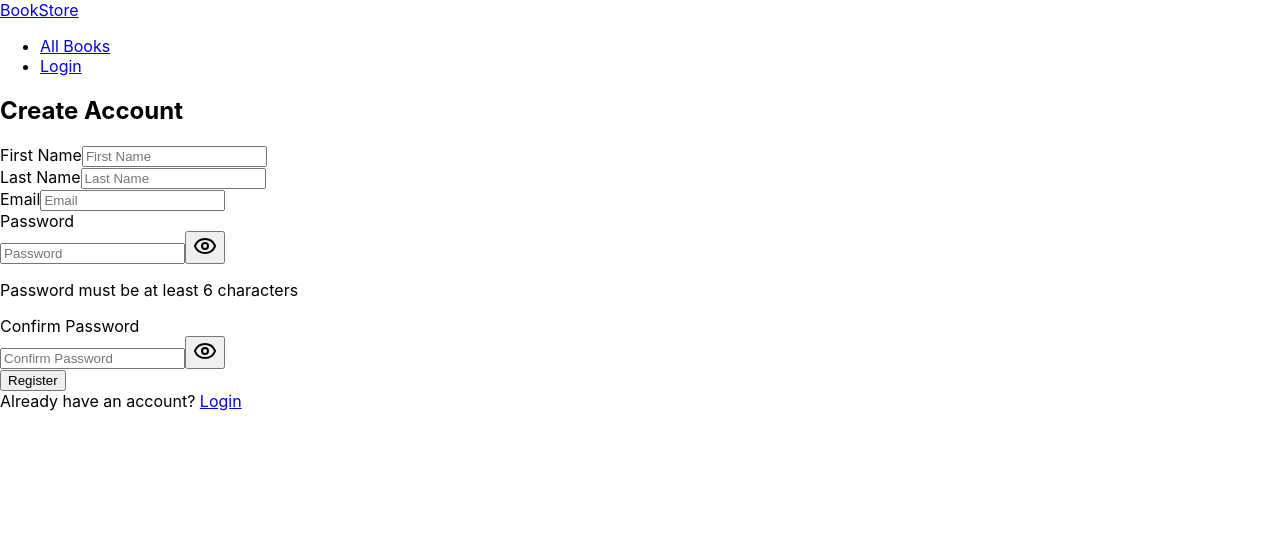
Repository: DiwasGurung/C-PokheraliDevelopers
Page: /register (app in pokherali-developers/)
These files come from the project's save history. The page is drawn as it stood at one moment and after the next save; the edit follows.
The browser window is 1280 px wide. The pictures show the whole page.
The project was rebuilt for these pictures with package versions that can differ from the ones it lists, and the page was loaded fresh each time. Also part of the build but not shown: pokherali-developers/src/components/Cart.js, pokherali-developers/src/components/MemberDashboard.js, pokherali-developers/src/components/AddBook.js, pokherali-developers/src/components/AdminDashboard.js, pokherali-developers/src/components/Filter.js, pokherali-developers/src/components/BookCatalog.js, pokherali-developers/src/pages/HomePage.js, pokherali-developers/src/components/Login.js and 3 more.

Above is the page before, as saved 2025-05-13 17:38:24.

After the next save:
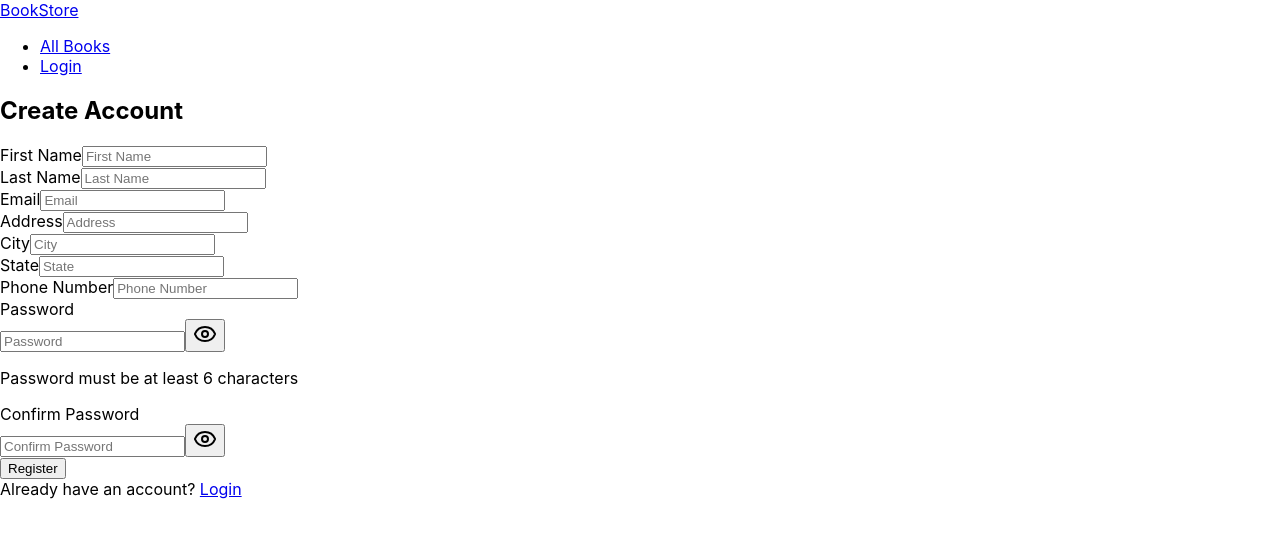
Saved 2 min 12 s later.
--- a/pokherali-developers/src/components/Register.js
+++ b/pokherali-developers/src/components/Register.js
@@ -1,17 +1,23 @@
-
-
-import { useState } from "react"
+import { useState, useContext } from "react"
 import { useNavigate } from "react-router-dom"
 import { Eye, EyeOff } from "lucide-react"
 import axios from "axios"
+import { UserContext } from "../contexts/UserContext" // Import UserContext
 
 const Register = () => {
+  const userContext = useContext(UserContext)
+  const setUser = userContext?.setUser // Optional chaining to handle null context
+
   const [formData, setFormData] = useState({
     firstName: "",
     lastName: "",
     email: "",
     password: "",
     confirmPassword: "",
+    address: "", // Added missing fields from the backend DTO
+    city: "",
+    state: "",
+    phoneNumber: ""
   })
   const [error, setError] = useState("")
   const [showPassword, setShowPassword] = useState(false)
@@ -38,12 +44,46 @@ const Register = () => {
       return
     }
 
+    // Create a copy of formData without confirmPassword for the API request
+    const registerData = { ...formData }
+    delete registerData.confirmPassword
+
     setLoading(true)
     try {
-      await axios.post("https://localhost:7126/api/Auth/register", formData)
-      navigate("/login") // Redirect to login page after successful registration
+      const response = await axios.post("https://localhost:7126/api/Auth/register", registerData)
+
+      // Store user in localStorage and context if available
+      if (response.data && response.data.userId) {
+        const userData = {
+          id: response.data.userId,
+          email: response.data.email,
+          firstName: formData.firstName,
+          lastName: formData.lastName
+        }
+
+        localStorage.setItem('user', JSON.stringify(userData))
+        if (setUser) {
+          setUser(userData)
+        }
+      }
+
+      navigate("/") // Redirect to home page after successful registration
     } catch (err) {
-      setError("Registration failed. Please try again.")
+      console.error("Registration error:", err)
+      if (err.response && err.response.data) {
+        // Handle structured error messages from the backend
+        if (typeof err.response.data === 'string') {
+          setError(err.response.data)
+        } else if (err.response.data.errors) {
+          // Handle validation errors
+          const errorMessages = Object.values(err.response.data.errors).flat()
+          setError(errorMessages.join(", "))
+        } else {
+          setError("Registration failed. Please try again.")
+        }
+      } else {
+        setError("Registration failed. Please try again.")
+      }
     } finally {
       setLoading(false)
     }
@@ -106,6 +146,69 @@ const Register = () => {
           />
         </div>
 
+        {/* Added missing fields that are in the backend DTO */}
+        <div className="mb-4">
+          <label className="block text-gray-700 text-sm font-bold mb-2" htmlFor="address">
+            Address
+          </label>
+          <input
+            className="shadow appearance-none border rounded w-full py-2 px-3 text-gray-700 leading-tight focus:outline-none focus:shadow-outline"
+            id="address"
+            type="text"
+            name="address"
+            placeholder="Address"
+            value={formData.address}
+            onChange={handleChange}
+          />
+        </div>
+
+        <div className="grid grid-cols-2 gap-4 mb-4">
+          <div>
+            <label className="block text-gray-700 text-sm font-bold mb-2" htmlFor="city">
+              City
+            </label>
+            <input
+              className="shadow appearance-none border rounded w-full py-2 px-3 text-gray-700 leading-tight focus:outline-none focus:shadow-outline"
+              id="city"
+              type="text"
+              name="city"
+              placeholder="City"
+              value={formData.city}
+              onChange={handleChange}
+            />
+          </div>
+
+          <div>
+            <label className="block text-gray-700 text-sm font-bold mb-2" htmlFor="state">
+              State
+            </label>
+            <input
+              className="shadow appearance-none border rounded w-full py-2 px-3 text-gray-700 leading-tight focus:outline-none focus:shadow-outline"
+              id="state"
+              type="text"
+              name="state"
+              placeholder="State"
+              value={formData.state}
+              onChange={handleChange}
+            />
+          </div>
+        </div>
+
+        <div className="mb-4">
+          <label className="block text-gray-700 text-sm font-bold mb-2" htmlFor="phoneNumber">
+            Phone Number
+          </label>
+          <input
+            className="shadow appearance-none border rounded w-full py-2 px-3 text-gray-700 leading-tight focus:outline-none focus:shadow-outline"
+            id="phoneNumber"
+            type="tel"
+            name="phoneNumber"
+            placeholder="Phone Number"
+            value={formData.phoneNumber}
+            onChange={handleChange}
+          />
+        </div>
+
         <div className="mb-4">
           <label className="block text-gray-700 text-sm font-bold mb-2" htmlFor="password">
             Password
